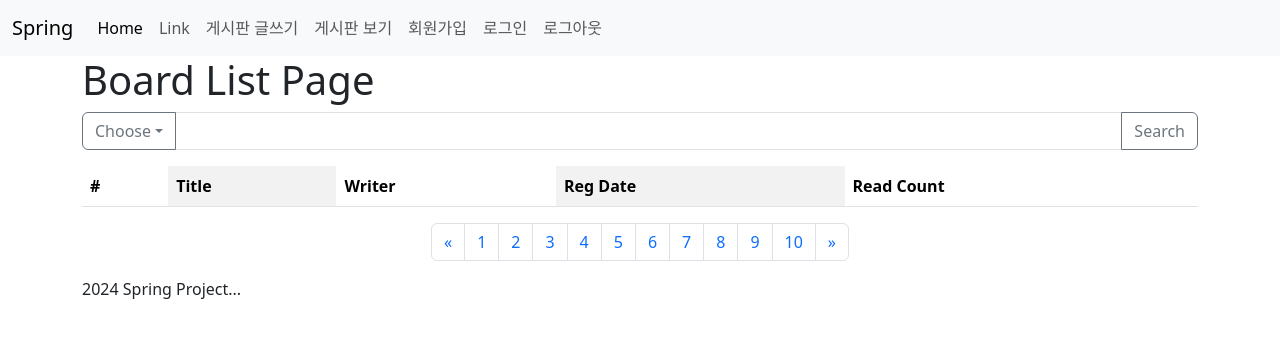
Repository: gajami-kim/240430_Spring_Study
Page: http://localhost/spring_study/WEB-INF/views/board/list.jsp
An editor plug-in stored every save of this project. The page is shown before and after the next save, followed by the edit.
The browser window is 1280 px wide. The pictures show the whole page.
The page is served by Tomcat 9. Nobody is signed in. The template is opened directly, without the code that normally fills it, so the values that code supplies are empty.

Above is the page before, as saved 2024-04-24 08:19:07.

### spring_study/src/main/webapp/WEB-INF/views/board/list.jsp
<%@ page language="java" contentType="text/html; charset=UTF-8"
    pageEncoding="UTF-8"%>
    <%@ taglib uri="http://java.sun.com/jsp/jstl/core" prefix="c" %>
<jsp:include page="../layout/header.jsp" />
<div class="container-sm">
	<h1>Board List Page</h1>

	<!-- 검색라인 -->
	<form action="">
		<div class="input-group mb-3">
		  <button class="btn btn-outline-secondary dropdown-toggle" type="button" data-bs-toggle="dropdown" aria-expanded="false">Choose</button>
		  <ul class="dropdown-menu">
		    <li><a class="dropdown-item" href="#">Title</a></li>
		    <li><a class="dropdown-item" href="#">Writer</a></li>
		    <li><a class="dropdown-item" href="#">Content</a></li>
		    <li><hr class="dropdown-divider"></li>
		    <li><a class="dropdown-item" href="#">Separated link</a></li>
		  </ul>
		  <input type="text" class="form-control" aria-label="Text input with dropdown button">
		  <button class="btn btn-outline-secondary" type="button" id="button-addon2">Search</button>
		</div>

	</form>
	<table class="table table-striped-columns">
		<thead>
			<tr>
				<th>#</th>
				<th>Title</th>
				<th>Writer</th>
				<th>Reg Date</th>
				<th>Read Count</th>
			</tr>
		</thead>
		<c:forEach items="${list }" var="bvo">
		<tbody>
			<tr>
				<td>${bvo.bno }</td>
				<td><a href="/board/detail?bno=${bvo.bno }">${bvo.title }</a></td>
				<td>${bvo.writer }</td>
				<td>${bvo.reg_date }</td>
				<td>${bvo.read_count }</td>
			</tr>
		</tbody>
		</c:forEach>
	</table>
	<!-- 페이지네이션 라인 -->
	<nav aria-label="Page navigation example">
	  <ul class="pagination justify-content-center">
	    <li class="page-item">
	      <a class="page-link" href="#" aria-label="Previous">
	        <span aria-hidden="true">&laquo;</span>
	      </a>
	    </li>
	    <c:forEach begin="1" end="10" var="i">
		    <li class="page-item"><a class="page-link" href="#">${i }</a></li>
	    </c:forEach>
	    <li class="page-item">
	      <a class="page-link" href="#" aria-label="Next">
	        <span aria-hidden="true">&raquo;</span>
	      </a>
	    </li>
	  </ul>
	</nav>
</div>
<jsp:include page="../layout/footer.jsp" />

### spring_study/src/main/webapp/WEB-INF/views/layout/header.jsp
<%@ page language="java" contentType="text/html; charset=UTF-8"
    pageEncoding="UTF-8"%>
<!DOCTYPE html>
<html>
<head>
<meta charset="UTF-8">
<title>header.jsp</title>
</head>
<link href="https://cdn.jsdelivr.net/npm/bootstrap@5.3.3/dist/css/bootstrap.min.css" rel="stylesheet" integrity="sha384-QWTKZyjpPEjISv5WaRU9OFeRpok6YctnYmDr5pNlyT2bRjXh0JMhjY6hW+ALEwIH" crossorigin="anonymous">
<script src="https://cdn.jsdelivr.net/npm/bootstrap@5.3.3/dist/js/bootstrap.bundle.min.js" integrity="sha384-YvpcrYf0tY3lHB60NNkmXc5s9fDVZLESaAA55NDzOxhy9GkcIdslK1eN7N6jIeHz" crossorigin="anonymous"></script>
<body>
<nav class="navbar navbar-expand-lg bg-body-tertiary">
  <div class="container-fluid">
    <a class="navbar-brand" href="#">Spring</a>
    <button class="navbar-toggler" type="button" data-bs-toggle="collapse" data-bs-target="#navbarSupportedContent" aria-controls="navbarSupportedContent" aria-expanded="false" aria-label="Toggle navigation">
      <span class="navbar-toggler-icon"></span>
    </button>
    <div class="collapse navbar-collapse" id="navbarSupportedContent">
      <ul class="navbar-nav me-auto mb-2 mb-lg-0">
        <li class="nav-item">
          <a class="nav-link active" aria-current="page" href="#">Home</a>
        </li>
        <li class="nav-item">
          <a class="nav-link" href="#">Link</a>
        </li>
        <li class="nav-item">
          <a class="nav-link" href="/board/register">게시판 글쓰기</a>
        </li>
        <li class="nav-item">
          <a class="nav-link" href="/board/list">게시판 보기</a>
        </li>
        <li class="nav-item">
          <a class="nav-link" href="#">회원가입</a>
        </li>
        <li class="nav-item">
          <a class="nav-link" href="#">로그인</a>
        </li>
        <li class="nav-item">
          <a class="nav-link" href="#">로그아웃</a>
        </li>
      </ul>
    </div>
  </div>
</nav>

### spring_study/src/main/webapp/WEB-INF/views/layout/footer.jsp
<%@ page language="java" contentType="text/html; charset=UTF-8"
    pageEncoding="UTF-8"%>

<div class="container-sm">
	2024 Spring Project...
</div>

</body>
</html>

After the next save:
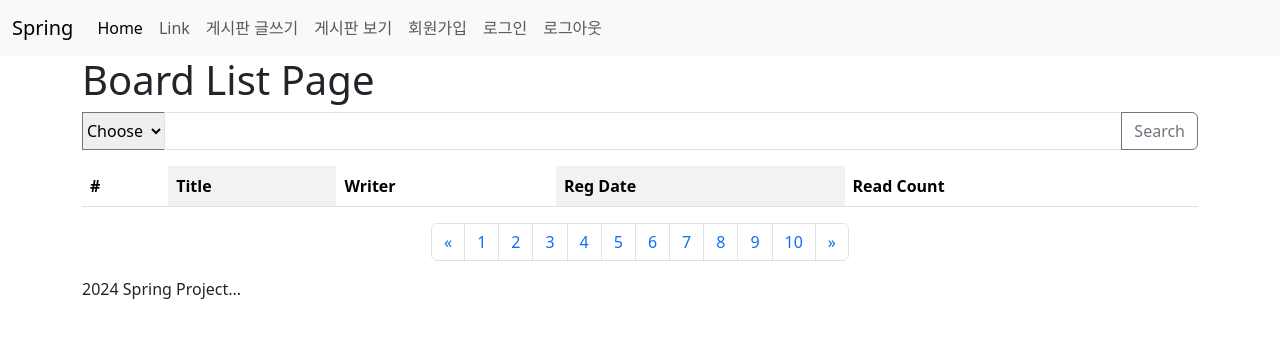
Saved 3 min 34 s later.
--- a/spring_study/src/main/webapp/WEB-INF/views/board/list.jsp
+++ b/spring_study/src/main/webapp/WEB-INF/views/board/list.jsp
@@ -8,14 +8,12 @@
 	<!-- 검색라인 -->
 	<form action="">
 		<div class="input-group mb-3">
-		  <button class="btn btn-outline-secondary dropdown-toggle" type="button" data-bs-toggle="dropdown" aria-expanded="false">Choose</button>
-		  <ul class="dropdown-menu">
-		    <li><a class="dropdown-item" href="#">Title</a></li>
-		    <li><a class="dropdown-item" href="#">Writer</a></li>
-		    <li><a class="dropdown-item" href="#">Content</a></li>
-		    <li><hr class="dropdown-divider"></li>
-		    <li><a class="dropdown-item" href="#">Separated link</a></li>
-		  </ul>
+		  <select name="type">
+		  	<option>Choose</option>
+		  	<option>Title</option>
+		  	<option>Writer</option>
+		  	<option>Content</option>
+		  </select>
 		  <input type="text" class="form-control" aria-label="Text input with dropdown button">
 		  <button class="btn btn-outline-secondary" type="button" id="button-addon2">Search</button>
 		</div>
